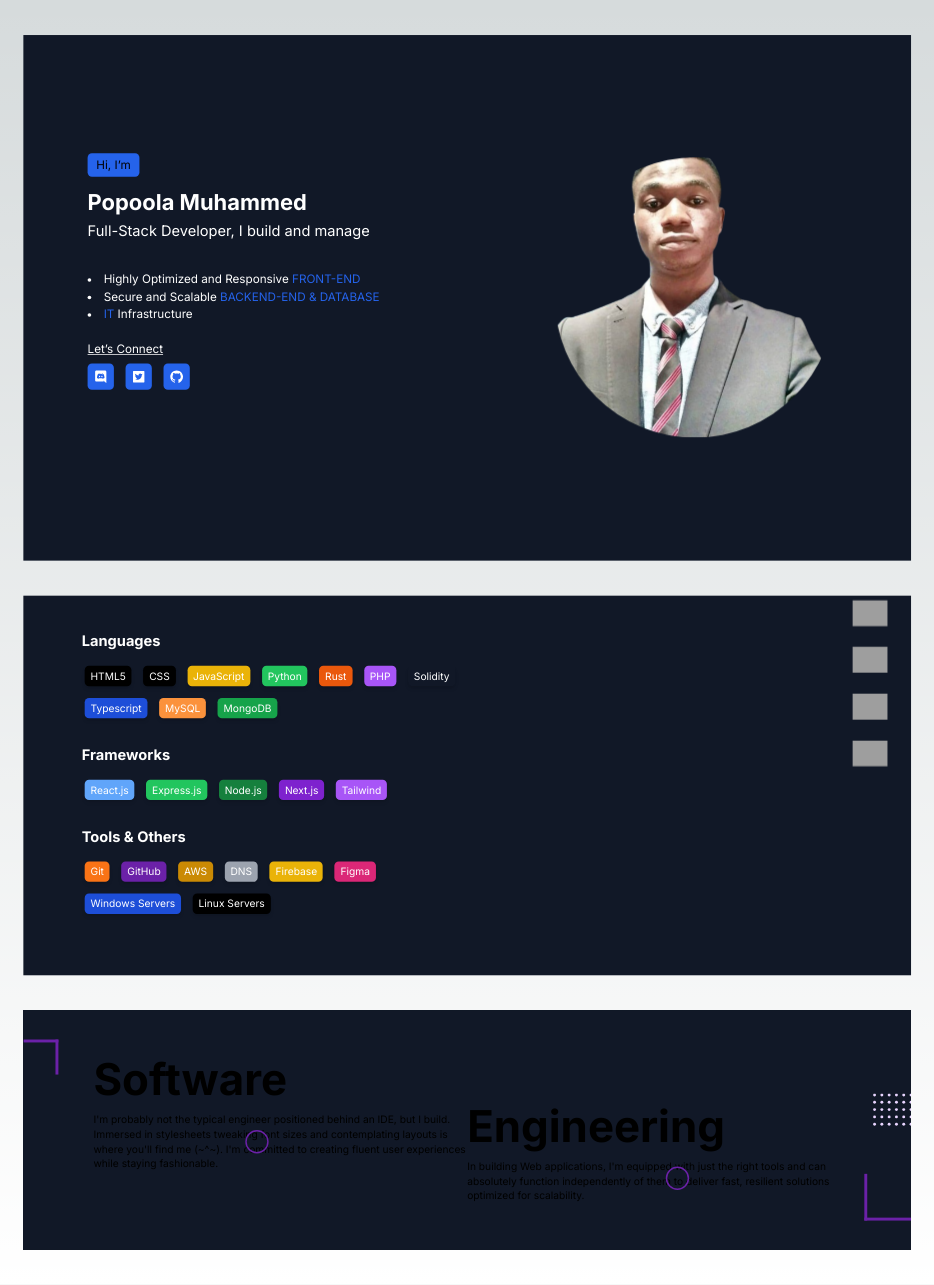
Repository: muhammedctgr/hammedctgr
Page: /
The author's editor kept a copy of each file at every save. The page is drawn from the files as they stood at one save, then again after the next save.
The browser window is 1280 px wide. The pictures show the whole page, at 73% of full size.
Pictures or frames that could not be fetched are drawn as grey boxes. The project was rebuilt for these pictures with package versions that can differ from the ones it lists, and the page was loaded fresh each time. The framework's server and built-in components were replaced by stand-ins that run in the browser. Also part of the build but not shown: next.config.mjs.

Above is the page before, as saved 2024-08-03 08:37:37.

### app/layout.tsx
import type { Metadata } from "next";
import { Inter } from "next/font/google";
import "./globals.css";

const inter = Inter({ subsets: ["latin"] });

export const metadata: Metadata = {
  title: "Popoola Muhammed",
  description: "Generated by create next app",
};

export default function RootLayout({
  children,
}: Readonly<{
  children: React.ReactNode;
}>) {
  return (
    <html lang="en">
      <body className={inter.className}>{children}</body>
    </html>
  );
}

### app/page.tsx
import Head from 'next/head';
import Hero from '../components/Hero';
import SkillsSection from '@/components/SkillsSection';
import SummarySection from '@/components/SummarySection';


const Home = () => (
  <div>
    <Head>
      <title>Popoola Muhammed</title>
      <meta name="description" content="Welcome to my developer portfolio" />
    </Head>

    <Hero />
    <SkillsSection />
    <SummarySection />
  </div>
);

export default Home;

### app/globals.css
@tailwind base;
@tailwind components;
@tailwind utilities;

:root {
  --foreground-rgb: 0, 0, 0;
  --background-start-rgb: 214, 219, 220;
  --background-end-rgb: 255, 255, 255;
}

@media (prefers-color-scheme: dark) {
  :root {
    --foreground-rgb: 255, 255, 255;
    --background-start-rgb: 0, 0, 0;
    --background-end-rgb: 0, 0, 0;
  }
}

body {
  color: rgb(var(--foreground-rgb));
  background: linear-gradient(
      to bottom,
      transparent,
      rgb(var(--background-end-rgb))
    )
    rgb(var(--background-start-rgb));
}

@layer utilities {
  .text-balance {
    text-wrap: balance;
  }
}


@keyframes upDown {
  0%, 100% {
    transform: translateY(0);
  }
  50% {
    transform: translateY(-10px); /* Adjust the value as needed */
  }
}

.animate-upDown {
  animation: upDown 2s infinite ease-in-out; /* Adjust duration as needed */
}

### components/Hero.tsx
import Image from 'next/image';
import profilePic from '../public/profile.png';
import { AiFillDiscord, AiFillGithub, AiFillTwitterSquare, AiFillX } from 'react-icons/ai';

const Hero = () => {
  return (
    <section className="bg-gray-900 m-12 mx-8 text-white min-h-screen flex items-center">
      <div className="container mx-auto flex flex-col md:flex-row items-center">
        <div className="flex-1 text-left md:text-left p-8 pt-2 m-14 mt-2">
          <div className="inline-block bg-blue-600 text-black py-1 px-3 mb-4 rounded-md">
            Hi, I’m
          </div>
          <div className="mb-10">
          <h1 className="text-2xl md:text-3xl font-bold">Popoola Muhammed</h1>
          <p className="mt-2  md:text-xl">Full-Stack Developer, I build and manage</p>
          </div>
          <ul className="mt-4 list-disc list-inside whitespace-nowrap">
            <li>Highly Optimized and Responsive <span className="text-blue-600">FRONT-END</span></li>
            <li>Secure and Scalable <span className="text-blue-600">BACKEND-END & DATABASE</span></li>
            <li><span className="text-blue-600">IT</span> Infrastructure</li>
          </ul>
          <div className="mt-6">
            <a href="#contact" className=" underline">Let’s Connect</a>
            <div className="mt-2 flex md:justify-start space-x-4">
              <a href="#" className="bg-blue-600 p-2 rounded-md">
                <AiFillDiscord size={20} />
              </a>
              <a href="#" className="bg-blue-600 p-2 rounded-md">
                <AiFillTwitterSquare size={20} />
              </a>
              <a href="#" className="bg-blue-600 p-2 rounded-md">
                <AiFillGithub size={20} />
              </a>
            </div>
          </div>
        </div>
        <div className="flex-1 p-5">
          <div className="relative w-48 h-48 mx-8 md:w-72 md:h-72 lg:w-96 lg:h-96">
            <Image src={profilePic} alt="Popoola Muhammed" layout="fill" className="rounded-full object-cover animate-upDown" />
          </div>
        </div>
      </div>
    </section>
  );
};

export default Hero;

### components/SkillsSection.tsx
import Image from 'next/image';
import { FC } from 'react';

interface SkillCategory {
  title: string;
  skills: { name: string; color: string; }[];
}

const skills: SkillCategory[] = [
  {
    title: "Languages",
    skills: [
      { name: "HTML5", color: "bg-black" },
      { name: "CSS", color: "bg-black"},
      { name: "JavaScript", color: "bg-yellow-500" },
      { name: "Python", color: "bg-green-500" },
      { name: "Rust", color: "bg-orange-600" },
      { name: "PHP", color: "bg-purple-500" },
      { name: "Solidity", color: "bg-black-500" },
      { name: "Typescript", color: "bg-blue-700" },
      { name: "MySQL", color: "bg-orange-400" },
      { name: "MongoDB", color: "bg-green-600" },
    ],
  },
  {
    title: "Frameworks",
    skills: [
      { name: "React.js", color: "bg-blue-400" },
      { name: "Express.js", color: "bg-green-500" },
      { name: "Node.js", color: "bg-green-700" },
      { name: "Next.js", color: "bg-purple-700" },
      { name: "Tailwind", color: "bg-purple-500" },
    ],
  },
  {
    title: "Tools & Others",
    skills: [
      { name: "Git", color: "bg-orange-500" },
      { name: "GitHub", color: "bg-purple-800" },
      { name: "AWS", color: "bg-yellow-600" },
      { name: "DNS", color: "bg-gray-400" },
      { name: "Firebase", color: "bg-yellow-500" },
      { name: "Figma", color: "bg-pink-600" },
      { name: "Windows Servers", color: "bg-blue-700" },
      { name: "Linux Servers", color: "bg-black" },
    ],
  },
];

const icons = [
  "/icons/html5.svg", // Replace with your icon paths
  "/icons/css3.svg",
  "/icons/javascript.svg",
  "/icons/python.svg",
  // Add the rest of the icons as needed
];

const SkillsSection: FC = () => {
  return (
    <section className="m-12 mx-8 bg-gray-900 text-white">
      <div className="container mx-auto px-8 flex flex-col md:flex-row">
        <div className="flex-1 m-12">
          {skills.map((category) => (
            <div key={category.title} className="mb-8">
              <h2 className="text-xl font-bold mb-4">{category.title}</h2>
              <div className="flex flex-wrap gap-2">
                {category.skills.map((skill) => (
                  <span
                    key={skill.name}
                    className={`px-2 py-1 m-1 rounded-md text-sm ${skill.color} shadow-md`}
                  >
                    {skill.name}
                  </span>
                ))}
              </div>
            </div>
          ))}
        </div>
        <div className="flex-1 flex flex-col items-center md:items-end">
          <div className="grid grid-cols-3 md:grid-cols-1 gap-4">
            {icons.map((src, index) => (
              <div key={index} className="w-12 h-12 relative">
                <Image src={src} alt={`icon-${index}`} layout="fill" objectFit="contain" />
              </div>
            ))}
          </div>
        </div>
      </div>
    </section>
  );
};

export default SkillsSection;

### components/SummarySection.tsx
import { FC } from 'react';

const SummarySection: FC = () => {
  return (
    <section className="m-12 mx-8 bg-gray-900 py-16 relative overflow-hidden">
      <div className="container mx-auto px-6 md:px-12 lg:px-24 flex flex-col md:flex-row justify-between items-start">
        <div className="md:w-1/2 mb-16 md:mb-0 ">
          <div className="mb-4 flex items-center">
            <span className="text-6xl font-bold">Software</span>
          </div>
          <p className="text-sm">
            I'm probably not the typical engineer positioned behind an IDE, but I build. Immersed in stylesheets tweaking font sizes and contemplating layouts is where you'll find me (~^~). I'm committed to creating fluent user experiences while staying fashionable.
          </p>
        </div>
        <div className="md:w-1/2 md:mt-16">
          <div className="mb-4 flex items-center">
            <span className="text-6xl font-bold">Engineering</span>
          </div>
          <p className="text-sm">
            In building Web applications, I'm equipped with just the right tools and can absolutely function independently of them to deliver fast, resilient solutions optimized for scalability.
          </p>
        </div>
      </div>

      {/* Decorative Elements */}
      <div className="absolute top-10 left-0 w-12 h-12 border-t-4 border-r-4 border-purple-800"></div>
      <div className="absolute top-1/2 left-1/4 w-8 h-8 border-2 border-purple-800 rounded-full"></div>
      <div className="absolute bottom-10 right-0 w-16 h-16 border-b-4 border-l-4 border-purple-800"></div>
      <div className="absolute bottom-1/4 right-1/4 w-8 h-8 border-2 border-purple-800 rounded-full"></div>
      <div className="absolute top-1/4 right-0 transform translate-x-12 translate-y-8">
        <svg className="fill-current text-purple-200" width="100" height="100" viewBox="0 0 100 100">
          <circle cx="2" cy="2" r="2" />
          <circle cx="12" cy="2" r="2" />
          <circle cx="22" cy="2" r="2" />
          <circle cx="32" cy="2" r="2" />
          <circle cx="42" cy="2" r="2" />
          <circle cx="52" cy="2" r="2" />
          <circle cx="62" cy="2" r="2" />
          <circle cx="72" cy="2" r="2" />
          <circle cx="82" cy="2" r="2" />
          <circle cx="92" cy="2" r="2" />
          <circle cx="2" cy="12" r="2" />
          <circle cx="12" cy="12" r="2" />
          <circle cx="22" cy="12" r="2" />
          <circle cx="32" cy="12" r="2" />
          <circle cx="42" cy="12" r="2" />
          <circle cx="52" cy="12" r="2" />
          <circle cx="62" cy="12" r="2" />
          <circle cx="72" cy="12" r="2" />
          <circle cx="82" cy="12" r="2" />
          <circle cx="92" cy="12" r="2" />
          <circle cx="2" cy="22" r="2" />
          <circle cx="12" cy="22" r="2" />
          <circle cx="22" cy="22" r="2" />
          <circle cx="32" cy="22" r="2" />
          <circle cx="42" cy="22" r="2" />
          <circle cx="52" cy="22" r="2" />
          <circle cx="62" cy="22" r="2" />
          <circle cx="72" cy="22" r="2" />
          <circle cx="82" cy="22" r="2" />
          <circle cx="92" cy="22" r="2" />
          <circle cx="2" cy="32" r="2" />
          <circle cx="12" cy="32" r="2" />
          <circle cx="22" cy="32" r="2" />
          <circle cx="32" cy="32" r="2" />
          <circle cx="42" cy="32" r="2" />
          <circle cx="52" cy="32" r="2" />
          <circle cx="62" cy="32" r="2" />
          <circle cx="72" cy="32" r="2" />
          <circle cx="82" cy="32" r="2" />
          <circle cx="92" cy="32" r="2" />
          <circle cx="2" cy="42" r="2" />
          <circle cx="12" cy="42" r="2" />
          <circle cx="22" cy="42" r="2" />
          <circle cx="32" cy="42" r="2" />
          <circle cx="42" cy="42" r="2" />
          <circle cx="52" cy="42" r="2" />
          <circle cx="62" cy="42" r="2" />
          <circle cx="72" cy="42" r="2" />
          <circle cx="82" cy="42" r="2" />
          <circle cx="92" cy="42" r="2" />
        </svg>
      </div>
    </section>
  );
};

export default SummarySection;

Loaded but not shown: tailwind.config.ts (common file)

After the next save:
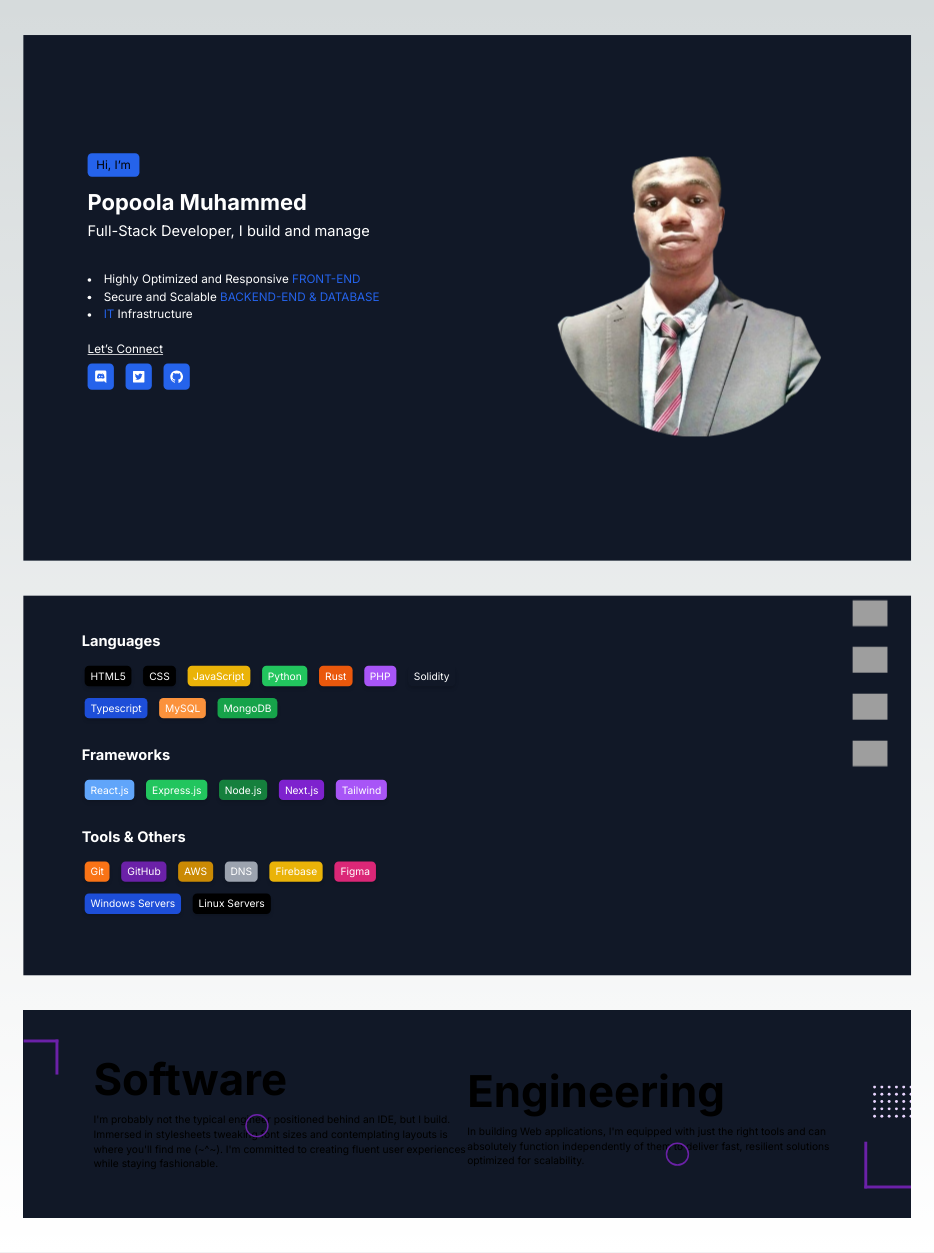
Saved 107 s later.
--- a/components/SummarySection.tsx
+++ b/components/SummarySection.tsx
@@ -12,7 +12,7 @@
             I'm probably not the typical engineer positioned behind an IDE, but I build. Immersed in stylesheets tweaking font sizes and contemplating layouts is where you'll find me (~^~). I'm committed to creating fluent user experiences while staying fashionable.
           </p>
         </div>
-        <div className="md:w-1/2 md:mt-16">
+        <div className="md:w-1/2 md:mt-4">
           <div className="mb-4 flex items-center">
             <span className="text-6xl font-bold">Engineering</span>
           </div>

After the save that followed:
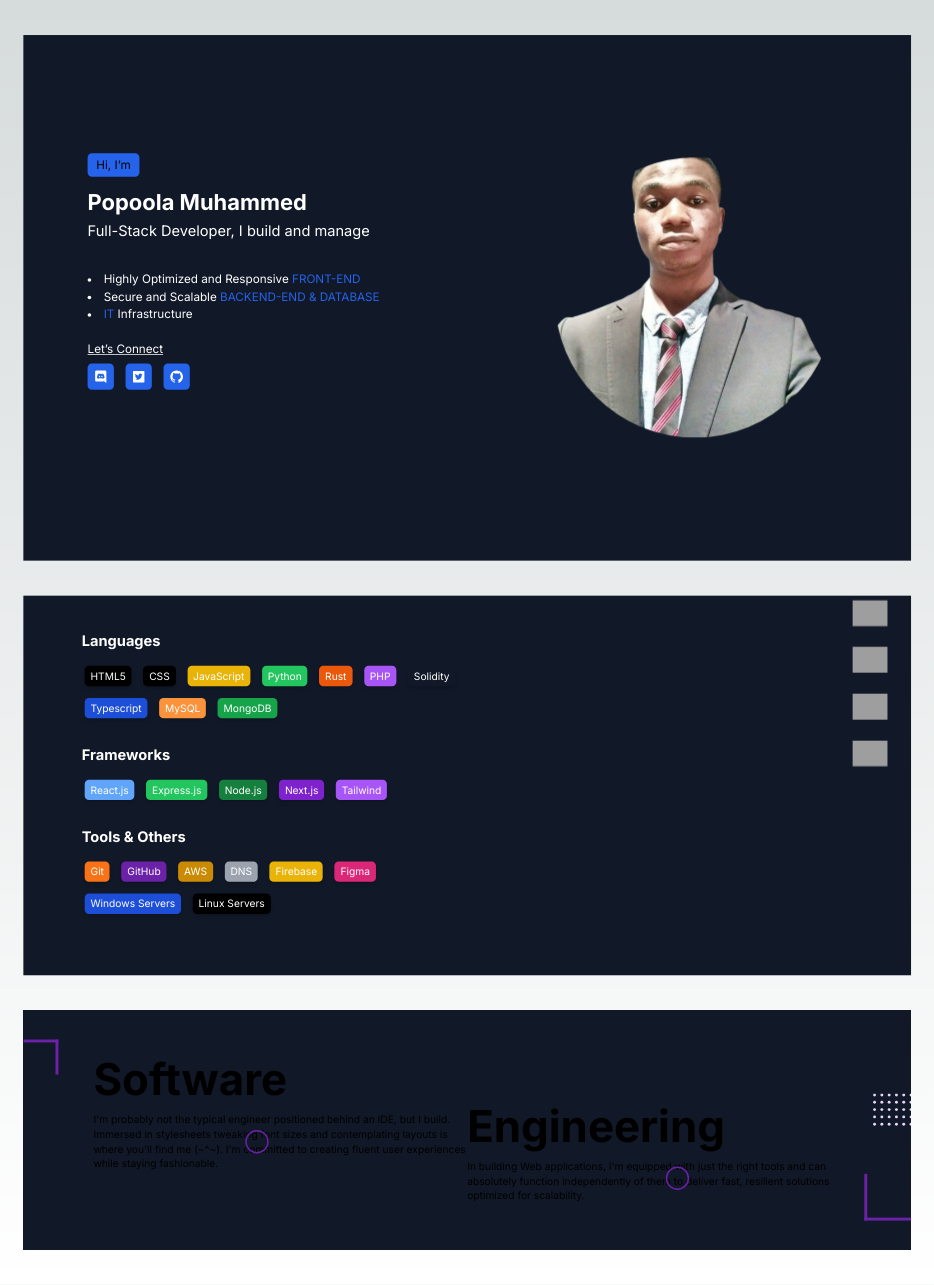
Saved 13 s later.
--- a/components/SummarySection.tsx
+++ b/components/SummarySection.tsx
@@ -12,7 +12,7 @@
             I'm probably not the typical engineer positioned behind an IDE, but I build. Immersed in stylesheets tweaking font sizes and contemplating layouts is where you'll find me (~^~). I'm committed to creating fluent user experiences while staying fashionable.
           </p>
         </div>
-        <div className="md:w-1/2 md:mt-4">
+        <div className="md:w-1/2 md:mt-16">
           <div className="mb-4 flex items-center">
             <span className="text-6xl font-bold">Engineering</span>
           </div>
